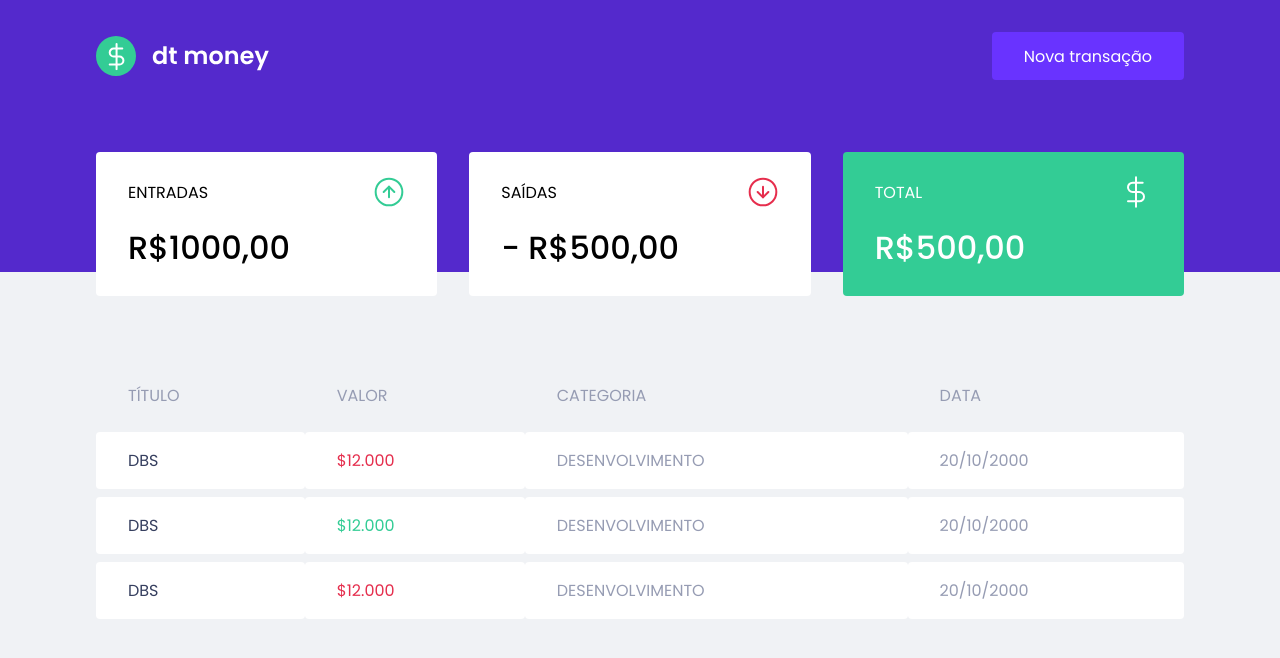
Repository: marcos7676/Bank
Page: /
These files come from the project's save history. The page is drawn as it stood at one moment and after a run of saves; the edit follows.
The browser window is 1280 px wide. The pictures show the whole page.
The page's requests for data from a server got no answer. The project was rebuilt for these pictures with package versions that can differ from the ones it lists, and the page was loaded fresh each time. No one was signed in, and anything a server would have sent is missing.

Above is the page before, as saved 2022-12-15 19:23:00.

After the next 2 saves:
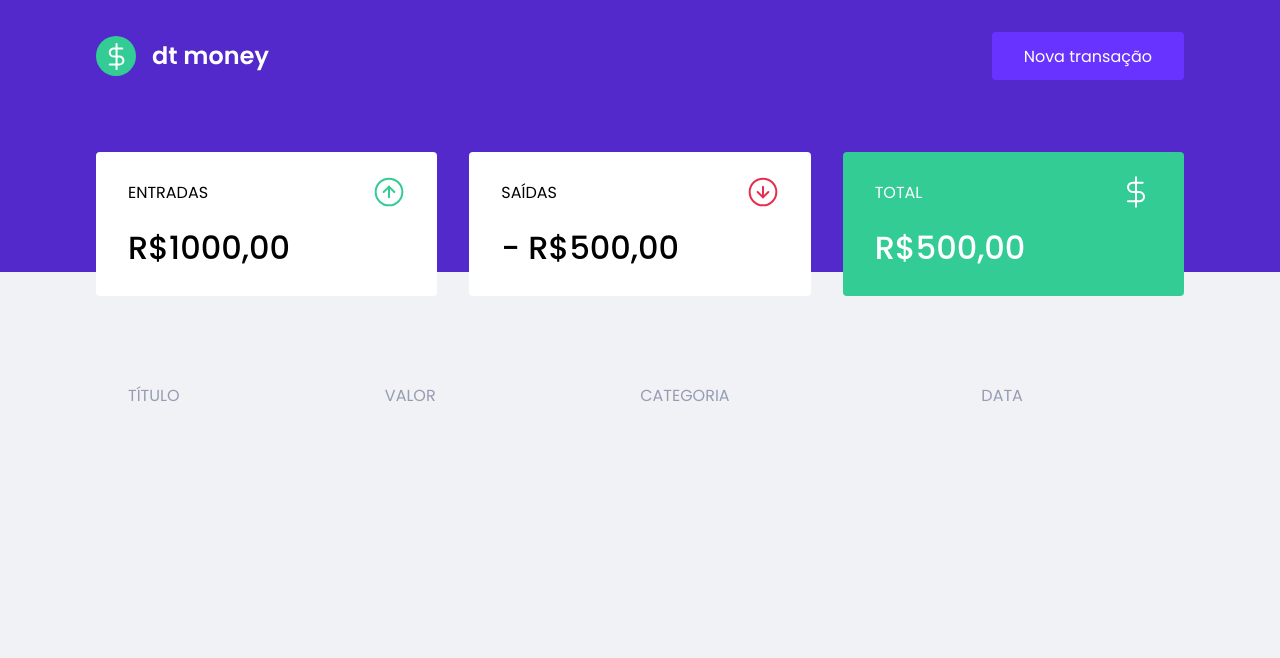
The 2 saves are shown as one change because 1 did not build or start.
The last was saved 3 min 20 s later.
--- a/src/components/TransactionsTable/index.tsx
+++ b/src/components/TransactionsTable/index.tsx
@@ -24,24 +24,14 @@ export function TransactionTable() {
                 </thead>
 
                 <tbody>
-                    <tr>
-                        <td>DBS</td>
-                        <td className="withdraw">$12.000</td>
-                        <td>DESENVOLVIMENTO</td>
-                        <td>20/10/2000</td>
-                    </tr>
-                    <tr>
-                        <td>DBS</td>
-                        <td className="deposit">$12.000</td>
-                        <td>DESENVOLVIMENTO</td>
-                        <td>20/10/2000</td>
-                    </tr>
-                    <tr>
-                        <td>DBS</td>
-                        <td className="withdraw">$12.000</td>
-                        <td>DESENVOLVIMENTO</td>
-                        <td>20/10/2000</td>
-                    </tr>
+                    {transactions.map(transaction => (
+                        <tr>
+                            <td>{transaction.title}</td>
+                            <td className="deposit">{transaction.amount}</td>
+                            <td></td>
+                            <td></td>
+                        </tr>
+                    ))}
                 </tbody>
             </table>
         </Container>
